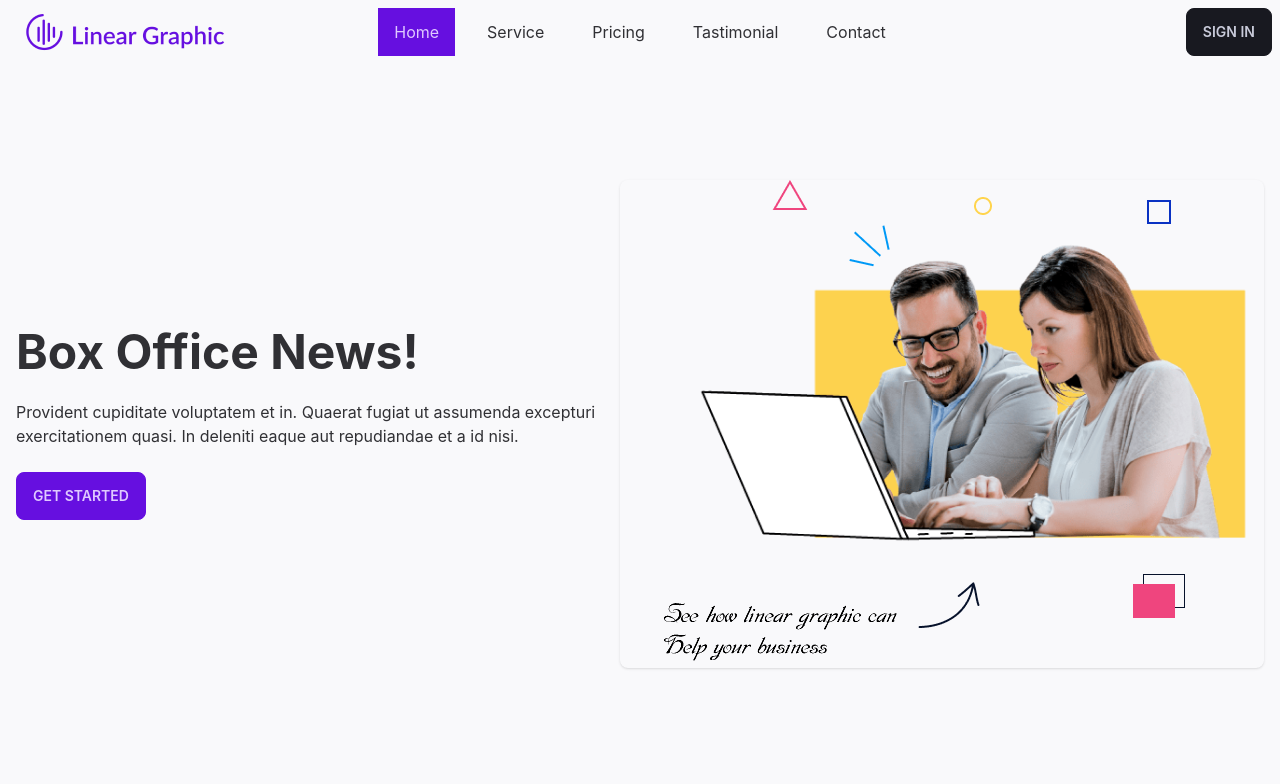
Repository: mdtamizuddin/Linear-Graphic
Page: /
The author's editor kept a copy of each file at every save. The page is drawn from the files as they stood at one save, then again after the next save.
The browser window is 1280 px wide. The pictures show the whole page.
The project was rebuilt for these pictures with package versions that can differ from the ones it lists, and the page was loaded fresh each time. Also part of the build but not shown: src/Components/User/Social.js, src/Components/User/Login.js, src/Components/User/Signup.js.

Above is the page before, as saved 2022-05-28 02:58:00.

After the next save:
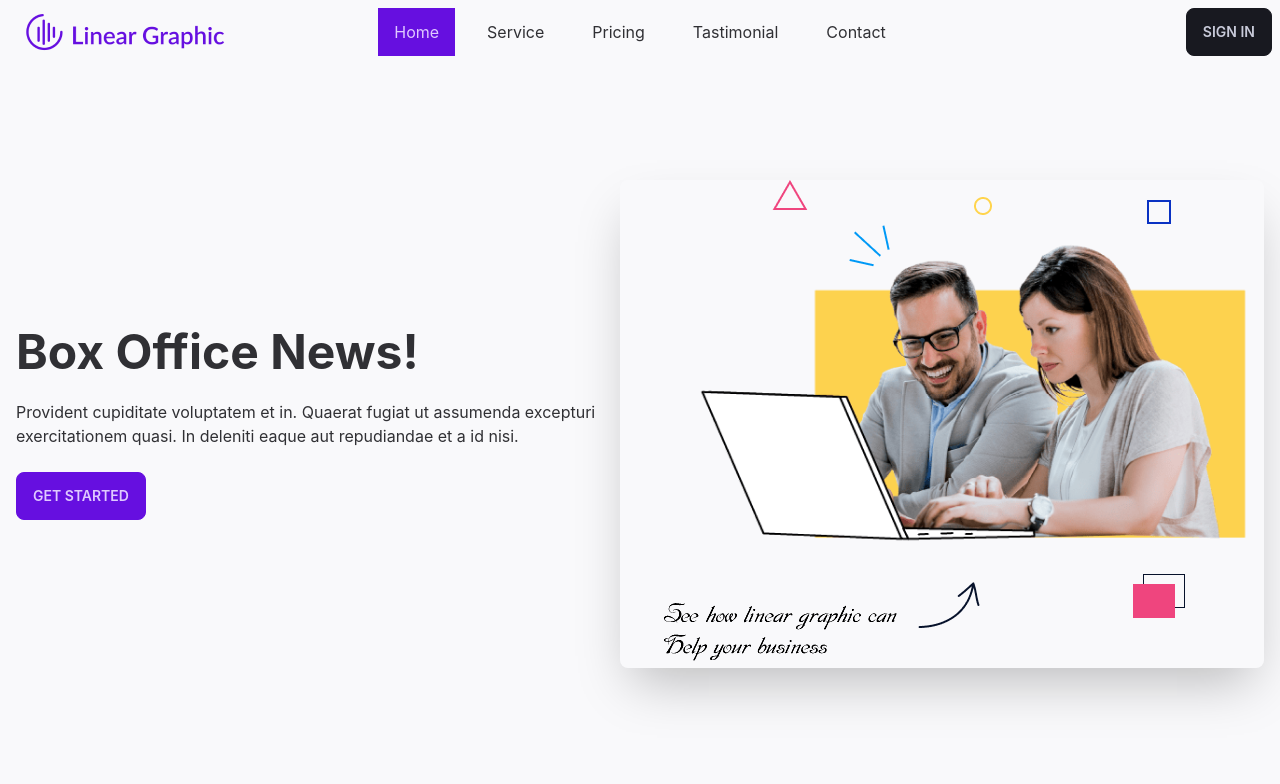
Saved 6 s later.
--- a/src/Components/Home/Header.js
+++ b/src/Components/Home/Header.js
@@ -5,7 +5,7 @@ const Header = () => {
         <div>
             <div className="hero min-h-screen bg-base-100">
                 <div className="hero-content flex-col lg:flex-row-reverse">
-                    <img src={heroimg} className="max-w-lgm rounded-lg shadow" />
+                    <img src={heroimg} className="max-w-lgm rounded-lg shadow-2xl" />
                     <div>
                         <h1 className="text-5xl font-bold">Box Office News!</h1>
                         <p className="py-6">Provident cupiditate voluptatem et in. Quaerat fugiat ut assumenda excepturi exercitationem quasi. In deleniti eaque aut repudiandae et a id nisi.</p>
